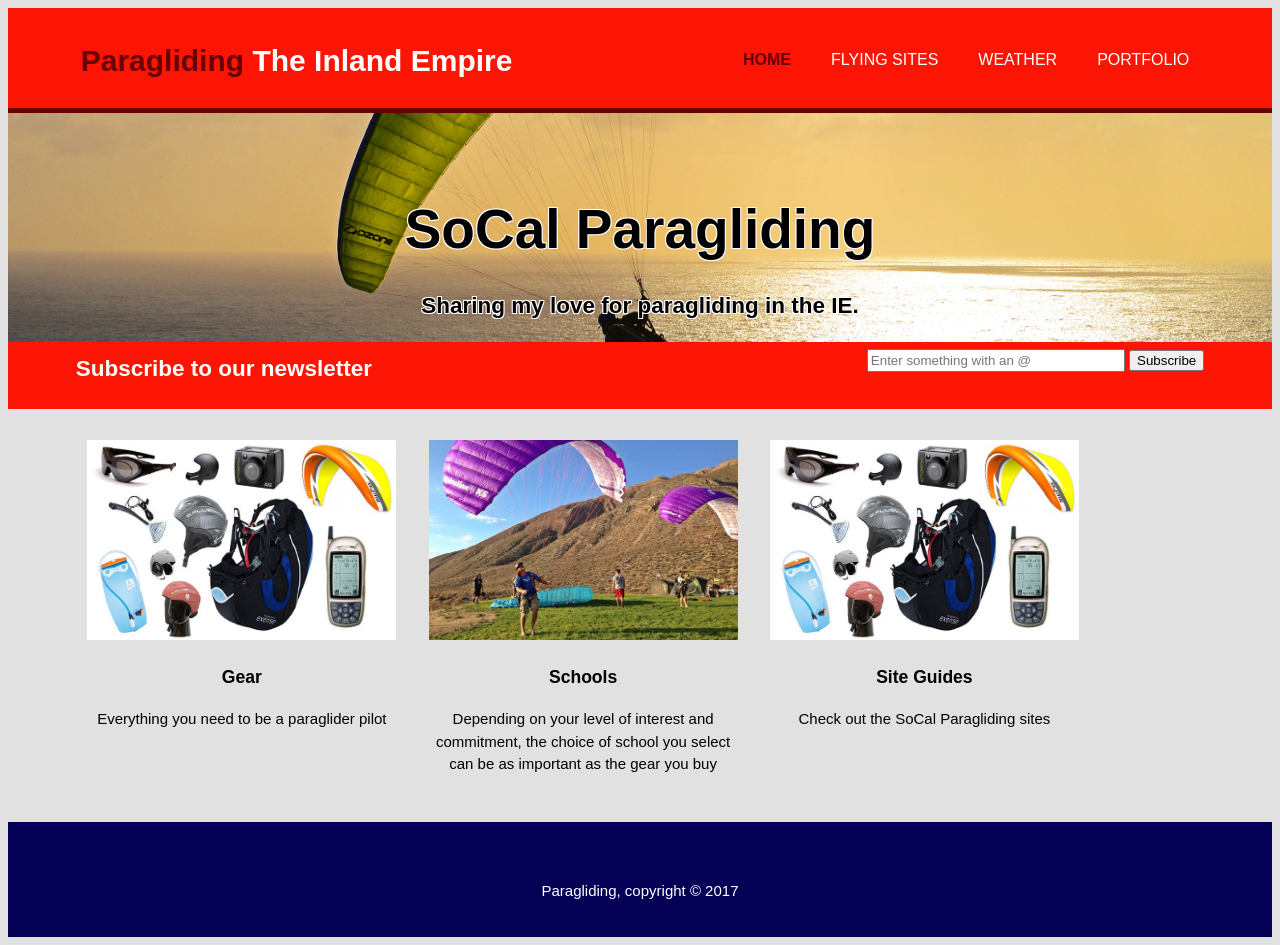
Repository: allenthoe/allenthoe.github.io
Page: index.html
The author's editor kept a record of every edit. The page is drawn from the files as they stood at one moment, then again after the next edit.
The browser window is 1280 px wide. The pictures show the whole page.

Above is the page before.

After the next edit:
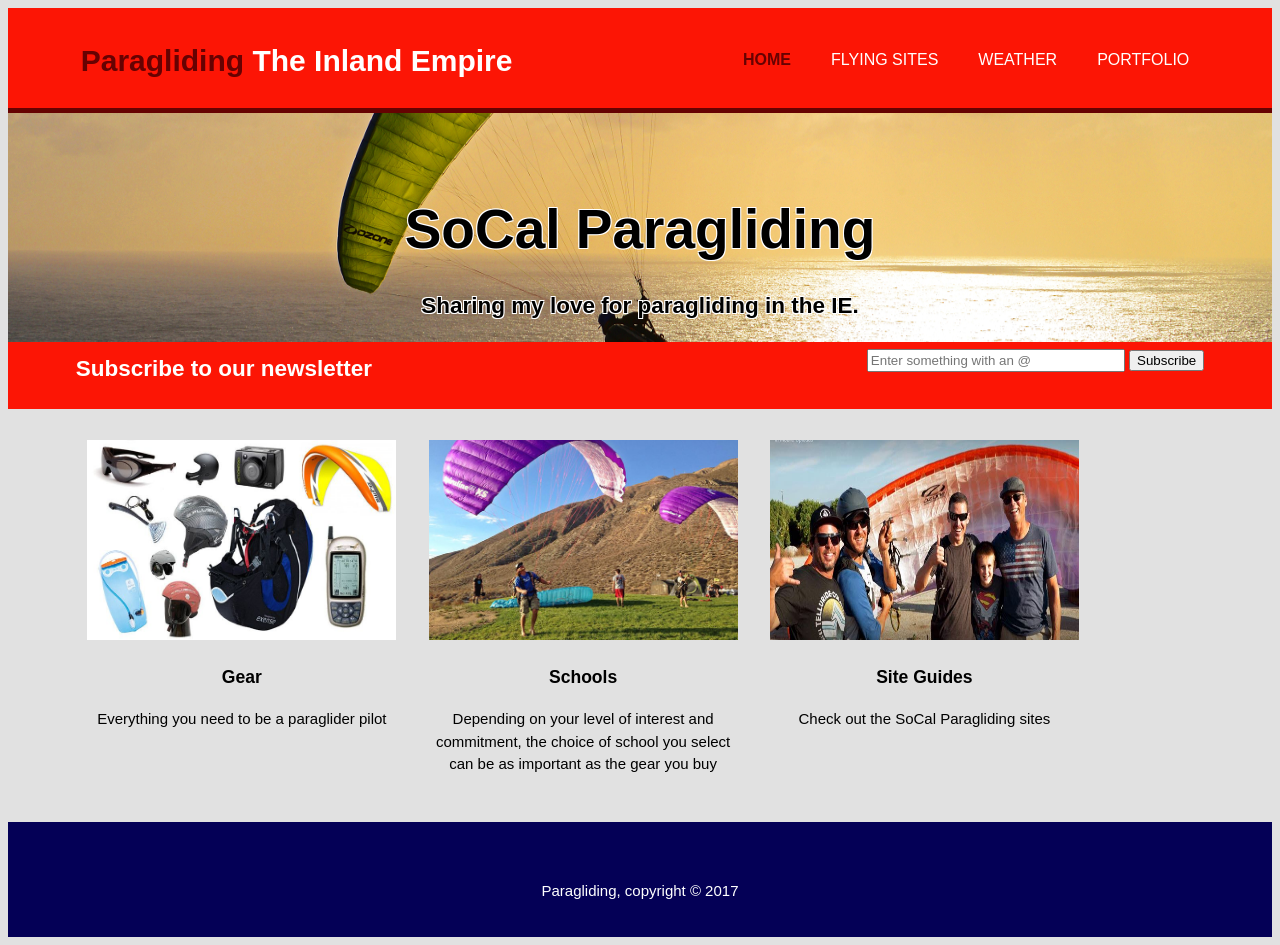
The edit:
--- a/index.html
+++ b/index.html
@@ -59,7 +59,7 @@
 			</div>
 
 			<div class="box">
-			<a href="sites.html"><img src="/img/gear.jpg" title="Site Guides" height="200" /></a>
+			<a href="sites.html"><img src="./img/pala.JPG" title="Site Guides" height="200" /></a>
 				<h3>Site Guides</h3>
 					<p>Check out the SoCal Paragliding sites</p>
 			</div>
